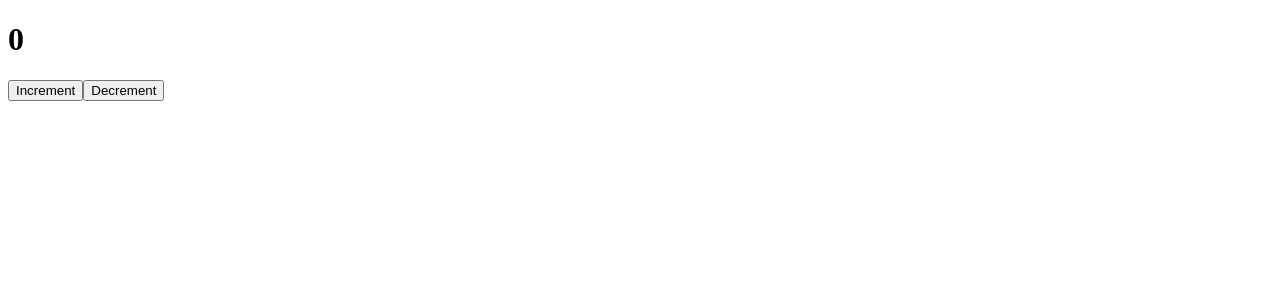
Repository: otvertka/ulb2_react
Page: / (app in jk_project/)
The author's editor kept a copy of each file at every save. The page is drawn from the files as they stood at one save, then again after the next save.
The browser window is 1280 px wide. The pictures show the whole page.
The project was rebuilt for these pictures with package versions that can differ from the ones it lists, and the page was loaded fresh each time. Also part of the build but not shown: jk_project/src/component/Counter.jsx.

Above is the page before, as saved 2023-09-08 09:49:08.

### jk_project/public/index.html
<!DOCTYPE html>
<html lang="en">
  <head>
    <meta charset="utf-8" />

    <meta name="viewport" content="width=device-width, initial-scale=1" />

    <title>React App</title>
  </head>
  <body>
    <noscript>You need to enable JavaScript to run this app.</noscript>
    <div id="root"></div>
    <!-- Здесь будет приложение JS -->
  </body>
</html>

### jk_project/src/App.js
import React, { useState } from "react";
import Counter from "./component/Counter";
import ClassCounter from "./component/ClassCounter";

function App() {
  const [count, setCount] = useState(0);
  const [value, setValue] = useState("");

  function incr() {
    setCount(count + 1);
  }
  function decr() {
    setCount(count - 1);
  }
  function inpHandler(event) {
    setValue(event.target.value);
  }

  return (
    <div className="App">
      <ClassCounter />
    </div>
  );
}

export default App;

### jk_project/src/component/ClassCounter.jsx
import React from "react";

class ClassCounter extends React.Component {
  constructor(props) {
    super(props);

    this.state = {
      count: 0,
    };
    this.increment = this.increment.bind(this);
    this.decrement = this.decrement.bind(this);
  }

  increment() {
    this.setState({ count: this.state.count + 1 });
  }
  decrement() {
    this.setState({ count: this.state.count - 1 });
  }

  render() {
    return (
      <>
        <h1>{this.state.count}</h1>
        <button onClick={this.increment}>Increment</button>
        <button onClick={this.decrement}>Decrement</button>
      </>
    );
  }
}

export default ClassCounter;

Loaded but not shown: jk_project/src/index.js (common file)

After the next save:
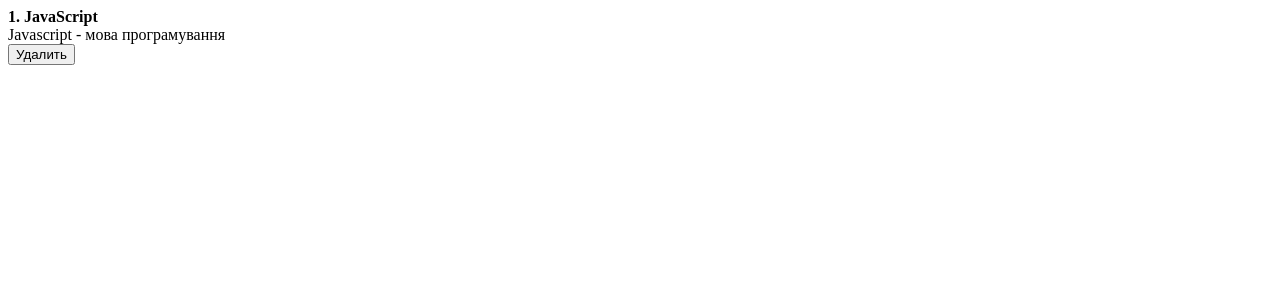
Saved 5 min 56 s later.
--- a/jk_project/src/App.js
+++ b/jk_project/src/App.js
@@ -18,7 +18,15 @@ function App() {
 
   return (
     <div className="App">
-      <ClassCounter />
+      <div className="post">
+        <div className="post__content">
+          <strong>1. JavaScript</strong>
+        </div>
+        <div>Javascript - мова програмування</div>
+      </div>
+      <div className="post__btns">
+        <button>Удалить</button>
+      </div>
     </div>
   );
 }
